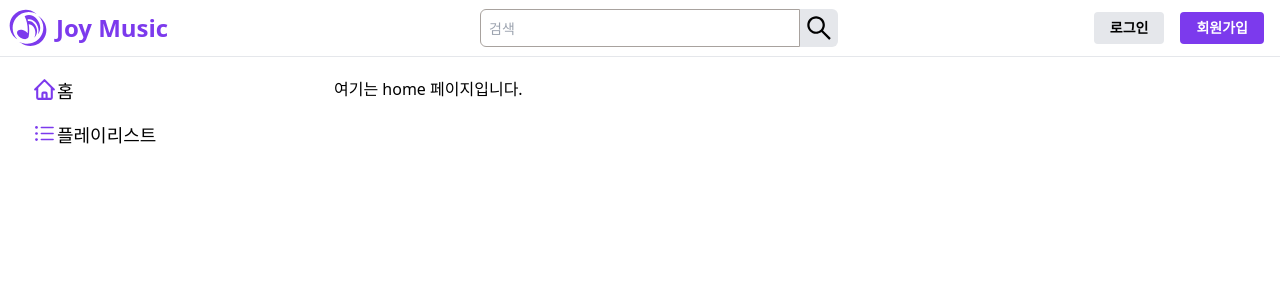
Repository: momo0170/streaming
Page: /
An editor plug-in stored every save of this project. The page is shown before and after the next save, followed by the edit.
The browser window is 1280 px wide. The pictures show the whole page.
The project was rebuilt for these pictures with package versions that can differ from the ones it lists, and the page was loaded fresh each time. Also part of the build but not shown: src/App.css, src/router/Playlist.jsx.

Above is the page before, as saved 2023-09-23 14:03:41.

### src/index.js
import React from 'react';
import ReactDOM from 'react-dom/client';
import './index.css';
import App from './App';
import { RouterProvider, createBrowserRouter } from 'react-router-dom';
import Home from './router/Home';
import Playlist from './router/Playlist';

const router = createBrowserRouter([
  {
    path: '/',
    element: <App />,
    children: [
      {
        index: true,
        element: <Home />,
      },
      {
        path: 'playlist',
        element: <Playlist />,
      },
    ],
  },
]);
const root = ReactDOM.createRoot(document.getElementById('root'));
root.render(
  <RouterProvider router={router}>
    <App />
  </RouterProvider>
);

### src/index.css
/* index.css 📂 */

@tailwind base;
@tailwind components;
@tailwind utilities;

### src/App.js
import { Outlet } from 'react-router-dom';
import './App.css';
import Header from './components/Header';
import MenuBar from './components/MenuBar';

function App() {
  return (
    <>
      <Header />
      <div className="flex m-3">
        <MenuBar />
        <Outlet />
      </div>
    </>
  );
}

export default App;

### src/router/Home.jsx
import React from 'react';

export default function Home() {
  return <main className="m-2">여기는 home 페이지입니다.</main>;
}

### src/components/Header.jsx
import React from 'react';
import { GiMusicSpell } from 'react-icons/gi';
import { AiOutlineSearch } from 'react-icons/ai';
import { Link } from 'react-router-dom';

export default function Header() {
  const handleSubmit = (e) => {
    e.preventDefault();
  };
  return (
    <header className="flex justify-between p-2 border-b h-13 items-center">
      <Link to="/" className="flex items-center">
        <GiMusicSpell
          size="40"
          color="#7c3aed"
          className="hover:animate-spin"
        />
        <div className="text-violet-600 text-2xl ml-2 font-bold">Joy Music</div>
      </Link>
      <form className="flex transform translate-x-8" onSubmit={handleSubmit}>
        <input
          type="text"
          placeholder="검색"
          className="rounded-l-md border border-stone-400 p-1 px-2 focus:shadow-inner2 outline-none focus:border-violet-600 placeholder:text-sm hover:shadow-hoverInput hover:border-hoverInput w-80"
        />
        <button className="bg-gray-200 p-1 rounded-r-md box-border hover:bg-gray-300">
          <AiOutlineSearch size="30" />
        </button>
      </form>
      <div className="flex">
        <button className="bg-gray-200 mx-2 px-4 py-1.5 rounded text-sm font-semibold hover:bg-gray-300">
          로그인
        </button>
        <button className="bg-violet-600 text-white mx-2 px-4 py-1.5 rounded text-sm font-semibold hover:bg-violet-700">
          회원가입
        </button>
      </div>
    </header>
  );
}

### src/components/MenuBar.jsx
import React from 'react';
import MenuButton from './MenuButton';

export default function MenuBar() {
  const list = [
    ['/', '홈'],
    ['/playlist', '플레이리스트'],
  ];

  return (
    <aside className="flex flex-col w-1/4">
      {list.map((item, idx) => (
        <MenuButton key={idx} text={item[1]} path={item[0]} />
      ))}
    </aside>
  );
}

### src/components/MenuButton.jsx
import React from 'react';
import { Link } from 'react-router-dom';
import { HiHome, HiOutlineHome } from 'react-icons/hi';
import { IoIosListBox, IoIosList } from 'react-icons/io';

export default function MenuButton({ text, path }) {
  const SIZE = '25';
  const COLOR = '#7C3AED';
  return (
    <Link to={path} className="flex px-5 py-2 rounded hover:bg-violet-100">
      {text === '홈' ? (
        <HiOutlineHome size={SIZE} color={COLOR} />
      ) : (
        <IoIosList size={SIZE} color={COLOR} />
      )}
      <span className="text-lg">{text}</span>
    </Link>
  );
}

### tailwind.config.js
/** @type {import('tailwindcss').Config} */
module.exports = {
  content: ['./src/**/*.{js,jsx,ts,tsx}'],
  theme: {
    extend: {
      borderWidth: {
        1.5: '1.5px',
      },
      boxShadow: {
        inner2: '0 0 0 1.5px #7c3aed inset',
        hoverInput: '0 0 0 1px #ABABAB inset',
      },
      borderColor: {
        hoverInput: '#ABABAB',
      },
    },
  },
  plugins: [],
};

Loaded but not shown: public/index.html (common file)

After the next save:
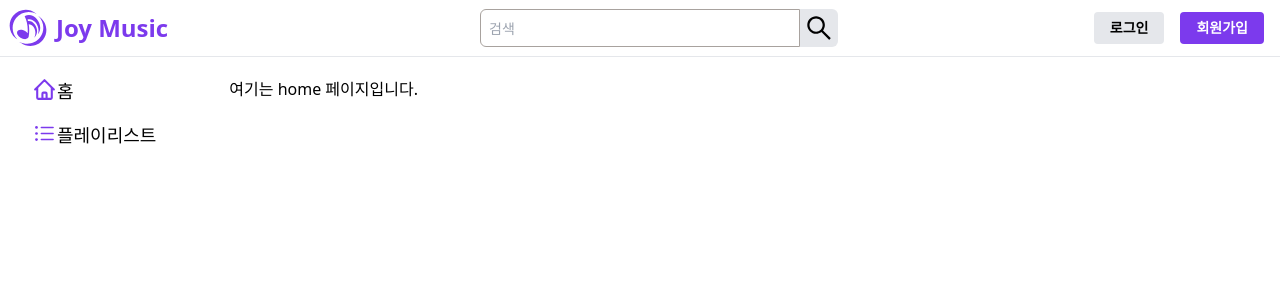
Saved 8 s later.
--- a/src/components/MenuBar.jsx
+++ b/src/components/MenuBar.jsx
@@ -8,7 +8,7 @@ export default function MenuBar() {
   ];
 
   return (
-    <aside className="flex flex-col w-1/4">
+    <aside className="flex flex-col w-1/6">
       {list.map((item, idx) => (
         <MenuButton key={idx} text={item[1]} path={item[0]} />
       ))}
